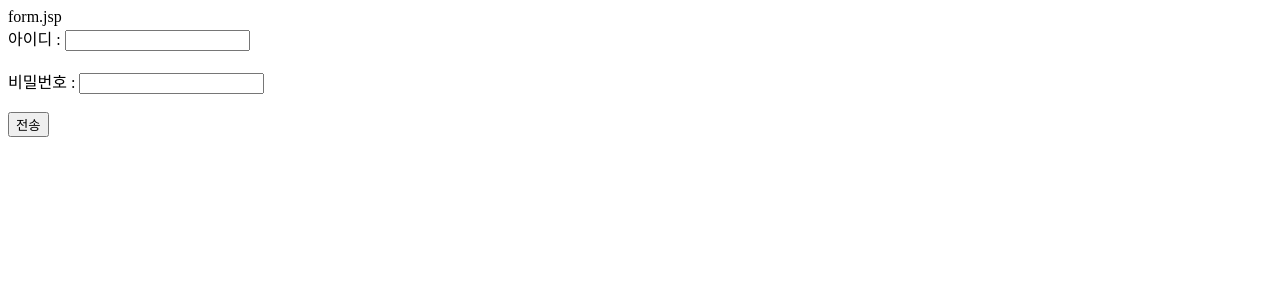
Repository: ChanhoPark-s/academyStudy
Page: http://localhost/09_Valid/form
An editor plug-in stored every save of this project. The page is shown before and after the next save, followed by the edit.
The browser window is 1280 px wide. The pictures show the whole page.
The page is served by Tomcat 9. Other server files are loaded and not shown.

Above is the page before, as saved 2022-08-19 05:22:56.

### 09_Valid/src/main/webapp/WEB-INF/views/form.jsp
<%@ page language="java" contentType="text/html; charset=UTF-8"
	pageEncoding="UTF-8"%>


<%@taglib prefix="form" uri="http://www.springframework.org/tags/form" %>
form.jsp
<br>

<form:form commandName="" action="input" method="post">
	아이디 : <input type="text" name="id"><br>
		<form:errors cssClass="err" path="name"/>

	<br> 비밀번호 : <input type="text" name="pw"><br>
	<br> <input type="submit" value="전송">
</form:form>

After the next save:
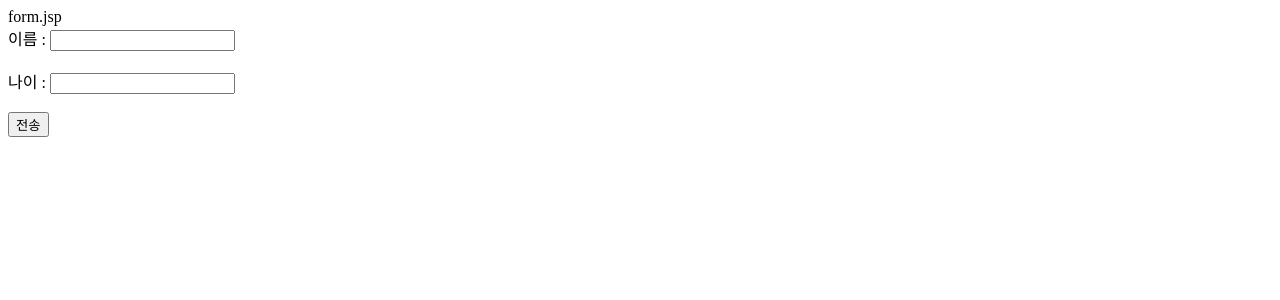
Saved 22 s later.
--- a/09_Valid/src/main/webapp/WEB-INF/views/form.jsp
+++ b/09_Valid/src/main/webapp/WEB-INF/views/form.jsp
@@ -7,9 +7,11 @@
 <br>
 
 <form:form commandName="" action="input" method="post">
-	아이디 : <input type="text" name="id"><br>
+	이름 : <input type="text" name="id"><br>
 		<form:errors cssClass="err" path="name"/>
 
-	<br> 비밀번호 : <input type="text" name="pw"><br>
+	<br> 나이 : <input type="text" name="pw"><br>
+		<form:errors cssClass="err" path="age"/>
+
 	<br> <input type="submit" value="전송">
 </form:form>

After the 4 saves that followed:
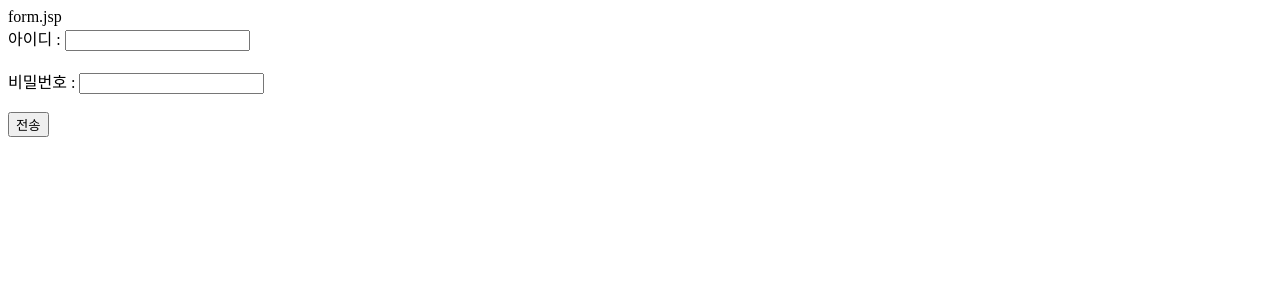
The 4 saves are shown as one change because 3 left the picture as it was.
The last was saved 2 min 3 s later.
--- a/09_Valid/src/main/webapp/WEB-INF/views/form.jsp
+++ b/09_Valid/src/main/webapp/WEB-INF/views/form.jsp
@@ -1,5 +1,14 @@
 <%@ page language="java" contentType="text/html; charset=UTF-8"
 	pageEncoding="UTF-8"%>
+
+<style type="text/css">
+	.err{
+		font-size: 9pt;
+		color : red;
+		font-weight: bold;
+	}
+
+</style>
 
 
 <%@taglib prefix="form" uri="http://www.springframework.org/tags/form" %>
@@ -7,11 +16,11 @@
 <br>
 
 <form:form commandName="" action="input" method="post">
-	이름 : <input type="text" name="id"><br>
-		<form:errors cssClass="err" path="name"/>
+	아이디 : <input type="text" name="id"><br>
+		<form:errors cssClass="err" path="id"/>
 
-	<br> 나이 : <input type="text" name="pw"><br>
-		<form:errors cssClass="err" path="age"/>
+	<br> 비밀번호 : <input type="text" name="pw"><br>
+		<form:errors cssClass="err" path="pw"/>
 
 	<br> <input type="submit" value="전송">
 </form:form>
